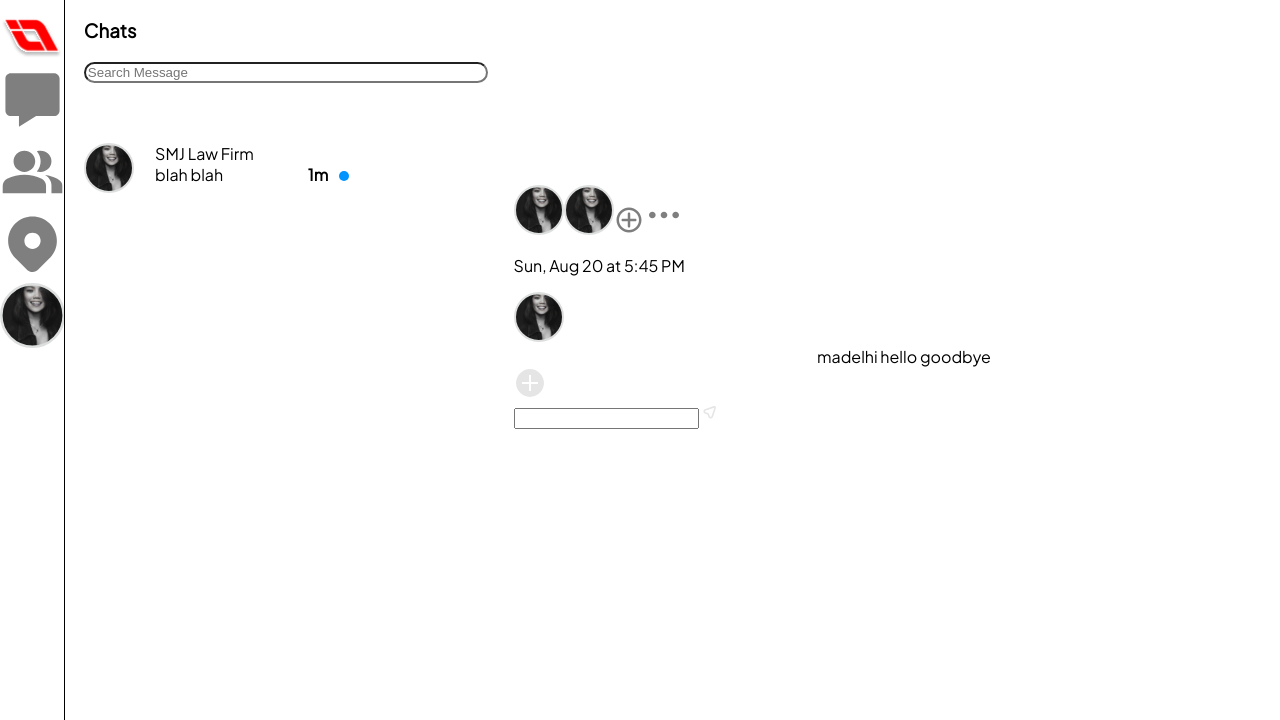
Repository: Nicktacku/LawChat
Page: /homechat (app in frontend/lawchat/)
An editor plug-in stored every save of this project. The page is shown before and after the next save, followed by the edit.
The browser window is 1280 px wide. The pictures show the whole page.
The project was rebuilt for these pictures with package versions that can differ from the ones it lists, and the page was loaded fresh each time. Also part of the build but not shown: frontend/lawchat/src/styles/button.css, frontend/lawchat/src/components/Button.js, frontend/lawchat/src/pages/Home.js, frontend/lawchat/src/pages/Login.js, frontend/lawchat/src/pages/Test.js.

Above is the page before, as saved 2024-08-15 14:44:50.

After the next save:
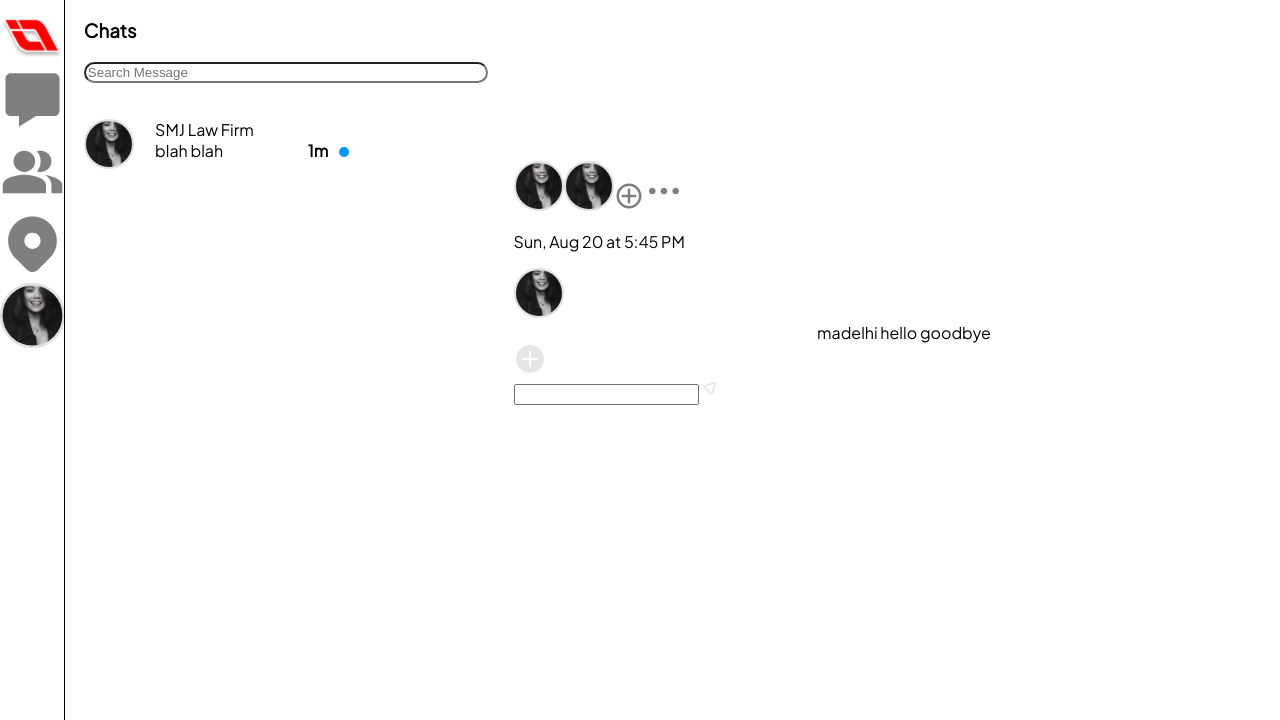
Saved 9 s later.
--- a/frontend/lawchat/src/styles/chatpreview.css
+++ b/frontend/lawchat/src/styles/chatpreview.css
@@ -1,5 +1,5 @@
 .chats-container {
-    margin-top: 5%;
+    margin-top: 3%;
 }
 
 .images{
